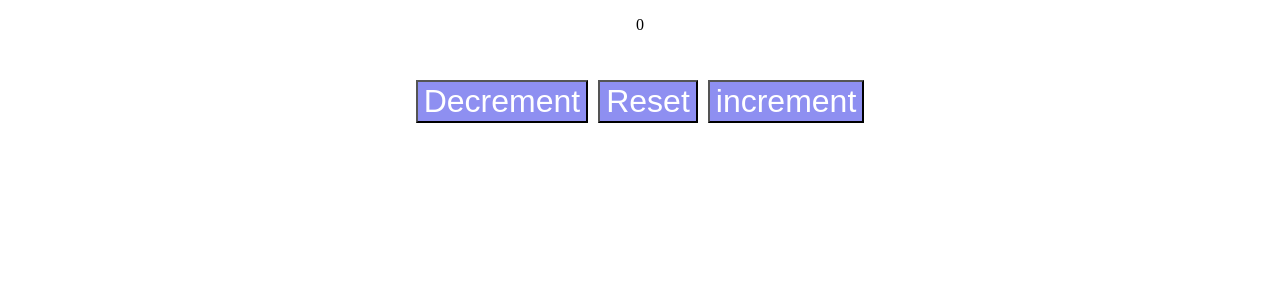
Repository: wakoya-tech/my-react-practice
Page: /
These files come from the project's save history. The page is drawn as it stood at one moment and after the next save; the edit follows.
The browser window is 1280 px wide. The pictures show the whole page.
The project was rebuilt for these pictures with package versions that can differ from the ones it lists, and the page was loaded fresh each time. Also part of the build but not shown: vite.config.js.

Above is the page before, as saved 2025-10-02 11:32:50.

### src/index.css
Button{
  font-size: 2em;
  background-color: rgb(142, 143, 241);
  text-align: center;
  color: #fff;
  align-items: center;
  margin: 30px 5px ;
}
.button{
  align-items: center;
  text-align: center;
}

### src/App.jsx
import Counter from './Counter.jsx'
function App(){
  return (
   <Counter/>
  );
}
export default App;

### src/Counter.jsx
import React, { useState } from "react";

function Counter(){
/*    const [name, setName] = useState("Ebisa");
    const [age, setAge] = useState(0);
    const [isEmployed, setIsEmployed] = useState(false);

    const toggleEmployedStatus = () => {
        setIsEmployed(!isEmployed);
    }

    const updateName = () => {
        setName("wako");
    }

    const incrementAge = () => {
        setAge(age + 1);
    }

    return(
    <>
        <p>Name: {name}</p>
        <button onClick={updateName}>Set Name</button>

        <p>Age: {age}</p>
        <button onClick={incrementAge}>Increment Age</button>

        <p>Is employed: {isEmployed ? "Yes" : "No"}</p>
        <button onClick={toggleEmployedStatus}>Toggle Status</button>
    </>
    )*/
   return(<>

   <div className="button">
    <p className="wako">0</p>
   <button>Decrement</button>
   <button>Reset</button>
   <button>increment</button>
   </div>

   </>);
}


export default Counter;

Loaded but not shown: index.html (common file); src/main.jsx (common file)

After the next save:
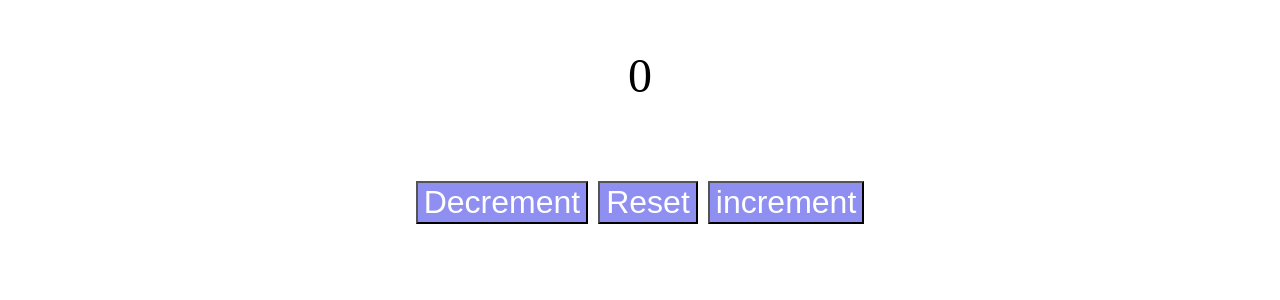
Saved 38 s later.
--- a/src/index.css
+++ b/src/index.css
@@ -10,3 +10,8 @@ Button{
   align-items: center;
   text-align: center;
 }
+.wako{
+  align-items: center;
+  color: black;
+  font-size: 3em;
+}
